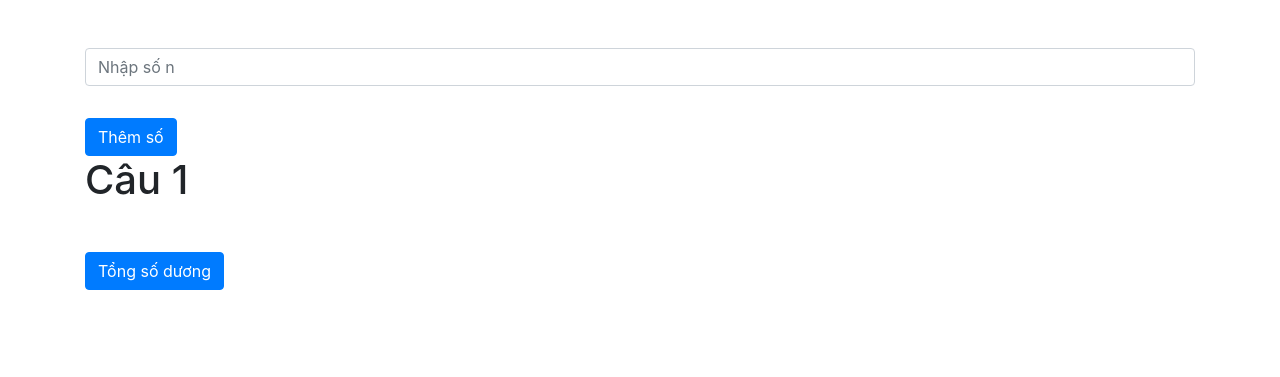
Repository: thanhfrankie/BC10-LeMinhThanh-Js-b7-8
Page: index.html
These files come from the project's save history. The page is drawn as it stood at one moment and after the next save; the edit follows.
The browser window is 1280 px wide. The pictures show the whole page.

Above is the page before, as saved 2023-12-27 21:25:38.

### index.html
<!doctype html>
<html lang="en">
  <head>
    <title>Title</title>
    <!-- Required meta tags -->
    <meta charset="utf-8">
    <meta name="viewport" content="width=device-width, initial-scale=1, shrink-to-fit=no">

    <!-- Bootstrap CSS -->
    <link rel="stylesheet" href="https://cdn.jsdelivr.net/npm/bootstrap@4.6.2/dist/css/bootstrap.min.css" integrity="sha384-xOolHFLEh07PJGoPkLv1IbcEPTNtaed2xpHsD9ESMhqIYd0nLMwNLD69Npy4HI+N" crossorigin="anonymous">

  </head>
  <body>
    <div class="container mt-4">
        <div class="form-group">

            <label for="nhap-so-n"></label>
            <input
              type="number"
              class="form-control"
              name=""
              id="nhap-so-n"
              aria-describedby="helpId"
              placeholder="Nhập số n"
              required
            />
          </div>
        <button
        type="button"
        onclick="themSo()"
        class="btn btn-primary mt-3"
        id="ket-qua-tuyen-sinh"
      >
        Thêm số
      </button>
      <h1 cl>Câu 1</h1>
        <p class="mt-5">
            <button class="btn btn-primary" type="button" data-toggle="collapse" data-target="#contentId" aria-expanded="false"
                    aria-controls="contentId">
                Tổng số dương
            </button>
          </p>
          <div class="collapse" id="contentId">

            <div class="btn btn-danger" onclick="tinhTong()">Tính tổng</div>
            <h2 id="tong-so-duong"></h2>
          </div>
    </div>




    <!-- Optional JavaScript -->
    <!-- jQuery first, then Popper.js, then Bootstrap JS -->
    <script src="https://cdn.jsdelivr.net/npm/jquery@3.5.1/dist/jquery.slim.min.js" integrity="sha384-DfXdz2htPH0lsSSs5nCTpuj/zy4C+OGpamoFVy38MVBnE+IbbVYUew+OrCXaRkfj" crossorigin="anonymous"></script>
    <script src="https://cdn.jsdelivr.net/npm/popper.js@1.16.1/dist/umd/popper.min.js" integrity="sha384-9/reFTGAW83EW2RDu2S0VKaIzap3H66lZH81PoYlFhbGU+6BZp6G7niu735Sk7lN" crossorigin="anonymous"></script>
    <script src="https://cdn.jsdelivr.net/npm/bootstrap@4.6.2/dist/js/bootstrap.min.js" integrity="sha384-+sLIOodYLS7CIrQpBjl+C7nPvqq+FbNUBDunl/OZv93DB7Ln/533i8e/mZXLi/P+" crossorigin="anonymous"></script>

    <script src="./index.js"></script>
  </body>
</html>

### index.js
var daySo = []
function clearInput() {
document.getElementById("nhap-so-n").value =""

}
function themSo() {
    var soThemVao = document.getElementById("nhap-so-n").value *1
    daySo.push(soThemVao)
    console.log("🥶 - daySo:", daySo)
    clearInput()
}

// câu 1: Tổng số dương
function tinhTong() {
    var tongCacSoDuong = 0
    for (i = 0; i < daySo.length; i++) {
        if (daySo[i] > 0) {
            tongCacSoDuong = tongCacSoDuong + daySo[i]
        }
    }
    var ketqua = document.getElementById("tong-so-duong")
    ketqua.innerHTML = `Tổng số dương: ${tongCacSoDuong}`
}

After the next save:
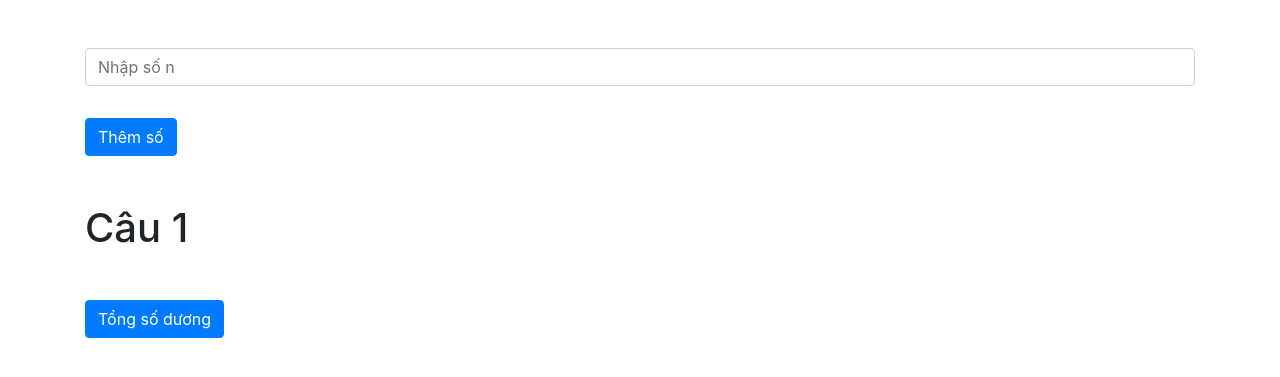
Saved 4 s later.
--- a/index.html
+++ b/index.html
@@ -33,7 +33,7 @@
       >
         Thêm số
       </button>
-      <h1 cl>Câu 1</h1>
+      <h1 class="mt-5">Câu 1</h1>
         <p class="mt-5">
             <button class="btn btn-primary" type="button" data-toggle="collapse" data-target="#contentId" aria-expanded="false"
                     aria-controls="contentId">
